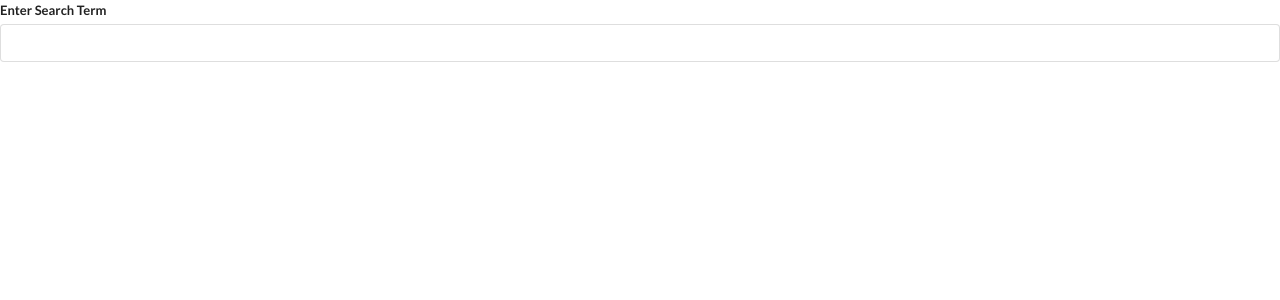
Repository: EgorSherstnev/widgets
Page: /
An editor plug-in stored every save of this project. The page is shown before and after the next save, followed by the edit.
The browser window is 1280 px wide. The pictures show the whole page.
The page's requests for data from a server got no answer. Some web libraries are served in a nearby version. The project was rebuilt for these pictures with package versions that can differ from the ones it lists, and the page was loaded fresh each time. No one was signed in, and anything a server would have sent is missing. Also part of the build but not shown: src/components/Accordion.js.

Above is the page before, as saved 2022-10-29 18:05:22.

### public/index.html
<!DOCTYPE html>
<html lang="en">
  <head>
    <meta charset="utf-8" />
    <link rel="icon" href="%PUBLIC_URL%/favicon.ico" />
    <meta name="viewport" content="width=device-width, initial-scale=1" />
    <meta name="theme-color" content="#000000" />
    <meta
      name="description"
      content="Web site created using create-react-app"
    />
    <link rel="apple-touch-icon" href="%PUBLIC_URL%/logo192.png" />
    <link rel="stylesheet" href="https://cdnjs.cloudflare.com/ajax/libs/semantic-ui/2.5.0/semantic.min.css" />
    <!--
      manifest.json provides metadata used when your web app is installed on a
      user's mobile device or desktop. See https://developers.google.com/web/fundamentals/web-app-manifest/
    -->
    <link rel="manifest" href="%PUBLIC_URL%/manifest.json" />
    <!--
      Notice the use of %PUBLIC_URL% in the tags above.
      It will be replaced with the URL of the `public` folder during the build.
      Only files inside the `public` folder can be referenced from the HTML.

      Unlike "/favicon.ico" or "favicon.ico", "%PUBLIC_URL%/favicon.ico" will
      work correctly both with client-side routing and a non-root public URL.
      Learn how to configure a non-root public URL by running `npm run build`.
    -->
    <title>React App</title>
  </head>
  <body>
    <noscript>You need to enable JavaScript to run this app.</noscript>
    <div id="root"></div>
    <!--
      This HTML file is a template.
      If you open it directly in the browser, you will see an empty page.

      You can add webfonts, meta tags, or analytics to this file.
      The build step will place the bundled scripts into the <body> tag.

      To begin the development, run `npm start` or `yarn start`.
      To create a production bundle, use `npm run build` or `yarn build`.
    -->
  </body>
</html>

### src/index.js
import React from "react";
import ReactDOM from "react-dom";
import App from "./App";


ReactDOM.render(<App />, document.querySelector('#root'))

### src/App.js
import React from "react";
import Accordion from "./components/Accordion";
import Search from "./components/Search";

const items = [
    {
        title: 'What is React?',
        content: 'React is a front end javascript framework'
    },
    {
        title: 'Why use React?',
        content: 'React is a favorite library among engineers'
    },
    {
        title: 'How do you use React?',
        content: 'You use React by creating components'
    }
];

export default () => {
    return (
        <div>
            <Search />
        </div>
    );
};

### src/components/Search.js
import React, { useState, useEffect } from "react";
import axios from "axios";

const Search = () => {
    const [term, setTerm] = useState('');
    const [results, setResults] = useState([])

    console.log(results);

    useEffect(() => {
        const search = async () => {
            const { data } = await axios.get('https://en.wikipedia.org/w/api.php', {
                params: {
                    action: 'query',
                    list: 'search',
                    origin: '*',
                    format: 'json',
                    srsearch: term,

                }
            })

            setResults(data);
        };

        search();
    },[term]);

    return (
        <div>
            <div className="ui form">
                <div className="field">
                    <label>Enter Search Term</label>
                    <input
                        value={term}
                        onChange={e => setTerm(e.target.value)}
                        className="input"
                    />
                </div>
            </div>
        </div>
    );
};

export default Search;

After the next save:
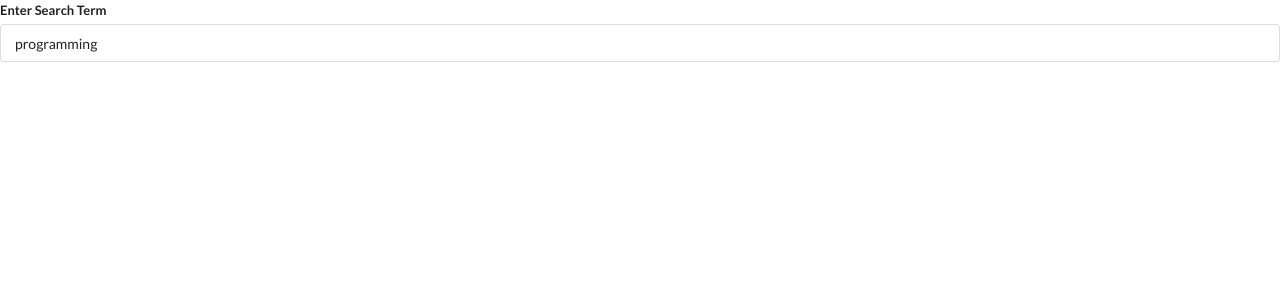
Saved 4 min 18 s later.
--- a/src/components/Search.js
+++ b/src/components/Search.js
@@ -2,7 +2,7 @@
 import axios from "axios";
 
 const Search = () => {
-    const [term, setTerm] = useState('');
+    const [term, setTerm] = useState('programming');
     const [results, setResults] = useState([])
 
     console.log(results);

After the save that followed:
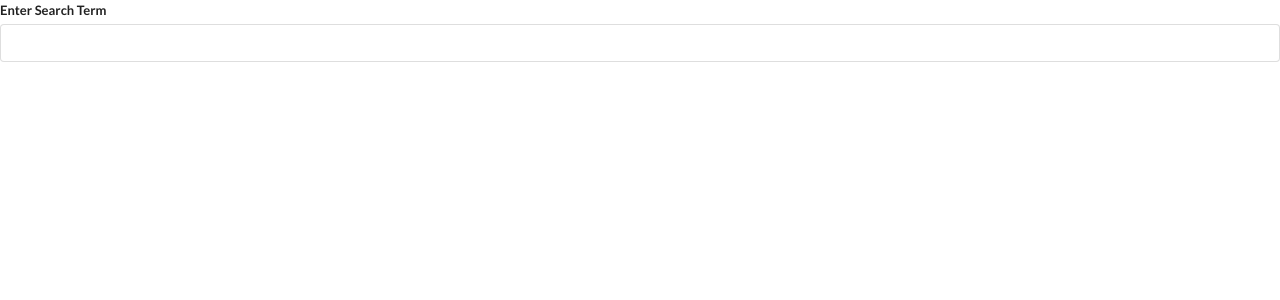
Saved 4 min 10 s later.
--- a/src/components/Search.js
+++ b/src/components/Search.js
@@ -2,7 +2,7 @@
 import axios from "axios";
 
 const Search = () => {
-    const [term, setTerm] = useState('programming');
+    const [term, setTerm] = useState('');
     const [results, setResults] = useState([])
 
     console.log(results);
@@ -23,7 +23,10 @@
             setResults(data);
         };
 
-        search();
+        if(term) {
+            search();
+        }
+
     },[term]);
 
     return (
